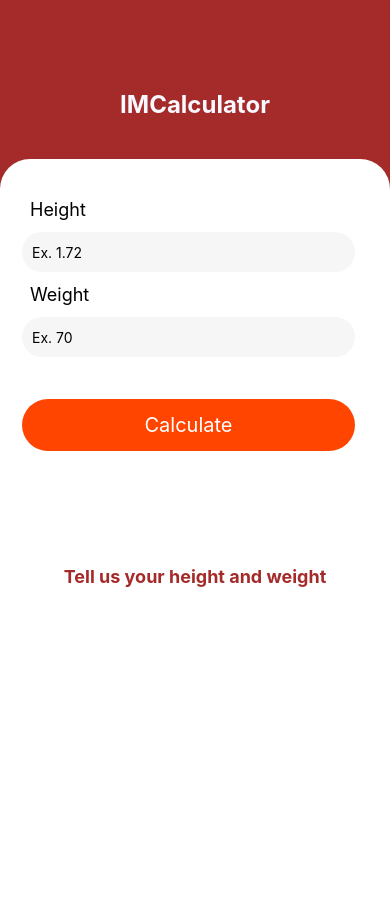
Repository: rubenmatias08/IMCTracker
Screen: /
These files come from the project's save history. The screen is drawn as it stood at one moment and after the next save; the edit follows.
The app was drawn by React Native's web renderer in a window 390 px wide. The project was rebuilt for these pictures with package versions that can differ from the ones it lists, and the page was loaded fresh each time.

Above is the screen before, as saved 2024-03-11 00:58:11.

After the next save:
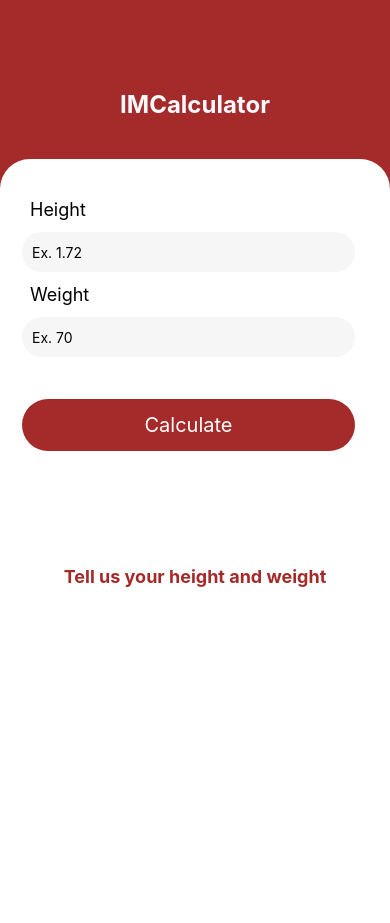
Saved 12 s later.
--- a/src/components/Form/style.js
+++ b/src/components/Form/style.js
@@ -35,7 +35,7 @@ const styles = StyleSheet.create( {
         alignItems:"center",
         justifyContent:"center",
         width:"90%",
-        backgroundColor:"#FF4500",
+        backgroundColor:"#A52A2A",
         paddingTop:14,
         paddingBottom:14,
         marginLeft:12,
